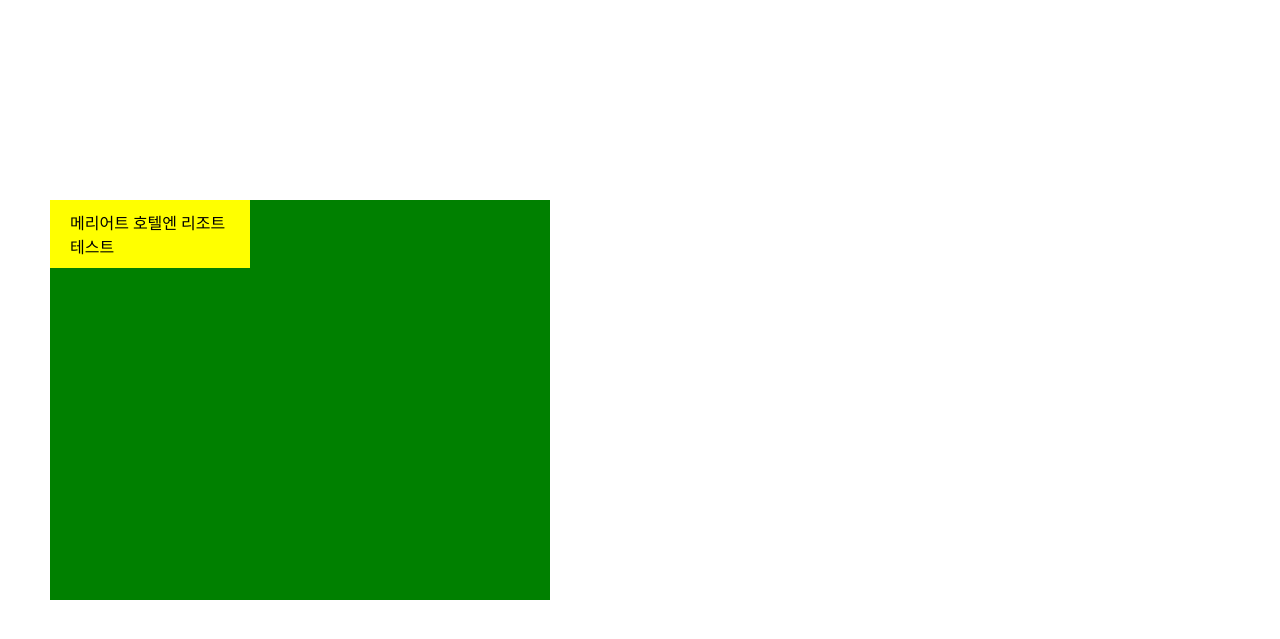
Repository: ziziziczic/kakao
Page: test.html
An editor plug-in stored every save of this project. The page is shown before and after the next save, followed by the edit.
The browser window is 1280 px wide. The pictures show the whole page.

Above is the page before, as saved 2023-07-12 21:45:01.

After the next save:
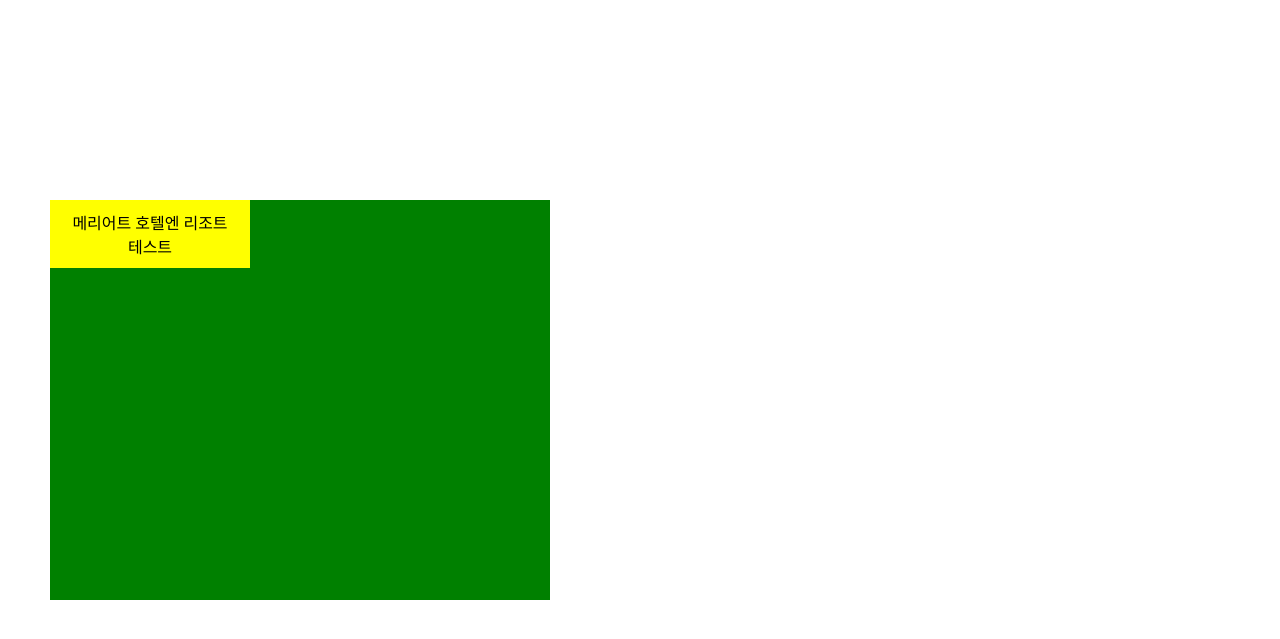
Saved 58 s later.
--- a/test.html
+++ b/test.html
@@ -10,7 +10,7 @@
 </head>
 <body>
     <div class="container" style="position:absolute; left:50px; top:200px; width:500px; height: 400px; background: green;">
-        <div class="box" style="width:auto;max-width:160px;background: yellow;padding:10px 20px;">메리어트 호텔엔 리조트 테스트</div>
+        <div class="box" style="width:auto;max-width:160px;background: yellow;padding:10px 20px; text-align: center;">메리어트 호텔엔 리조트 테스트</div>
     </div>
 </body>
 </html>
